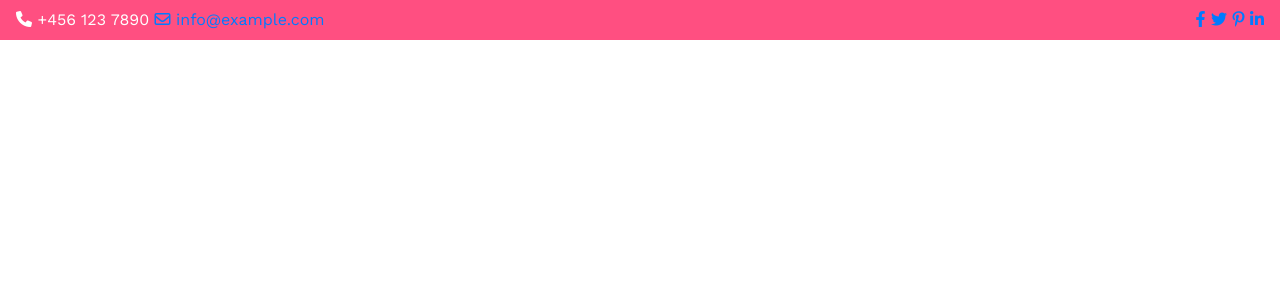
Repository: nguyenbinhminh/instruction_clone
Page: index.html
The author's editor kept a copy of each file at every save. The page is drawn from the files as they stood at one save, then again after the next save.
The browser window is 1280 px wide. The pictures show the whole page.

Above is the page before, as saved 2021-09-29 22:02:35.

### index.html
<!DOCTYPE html>
<html lang="en">
	<head>
		<meta charset="UTF-8" />
		<meta http-equiv="X-UA-Compatible" content="IE=edge" />
		<meta name="viewport" content="width=device-width, initial-scale=1.0" />
		<title>Instruction</title>

		<!-- FONT GOOGLE -->
		<link rel="preconnect" href="https://fonts.googleapis.com" />
		<link rel="preconnect" href="https://fonts.gstatic.com" crossorigin />
		<link
			href="https://fonts.googleapis.com/css2?family=Work+Sans:ital,wght@0,100;0,200;0,300;0,400;0,500;0,600;0,700;0,800;0,900;1,100;1,200;1,300;1,400;1,500;1,600;1,700;1,800;1,900&display=swap"
			rel="stylesheet"
		/>

		<!-- FONT AWESOME -->
		<link
			rel="stylesheet"
			href="https://cdnjs.cloudflare.com/ajax/libs/font-awesome/6.0.0-beta2/css/all.min.css"
			integrity="sha512-YWzhKL2whUzgiheMoBFwW8CKV4qpHQAEuvilg9FAn5VJUDwKZZxkJNuGM4XkWuk94WCrrwslk8yWNGmY1EduTA=="
			crossorigin="anonymous"
			referrerpolicy="no-referrer"
		/>

		<!-- BOOTTRAP -->
		<link rel="stylesheet" href="./css/bootstrap.min.css" />

		<!-- MAIN CSS -->
		<link rel="stylesheet" href="./css/index.css" />
	</head>
	<body>
		<!-- HEADER -->
		<header>
			<div class="header__top d-flex justify-content-between container-fluid">
				<div class="header__left">
					<a href="tel:+456 123 7890" class="text-white">
						<i class="fas fa-phone"></i>
						<span>+456 123 7890</span>
					</a>
					<a href="mailto:info@example.com">
						<i class="far fa-envelope"></i>
						<span>info@example.com</span>
					</a>
				</div>
				<div class="header__right">
					<a href="#">
						<i class="fab fa-facebook-f"></i>
					</a>
					<a href="#">
						<i class="fab fa-twitter"></i>
					</a>
					<a href="#">
						<i class="fab fa-pinterest-p"></i>
					</a>
					<a href="#">
						<i class="fab fa-linkedin-in"></i>
					</a>
				</div>
			</div>
		</header>
		<!-- CAROUSEL -->
		<section class="instruction-carousel"></section>
		<!-- WELCOM -->
		<section class="welcome"></section>
		<!-- OUR STATS -->
		<section class="stats"></section>
		<!-- OFFER -->
		<section class="offer"></section>
		<!-- Testimonials -->
		<section class="testimonials"></section>
		<!-- NEWS -->
		<section class="news"></section>
		<!-- FOOTER -->
		<footer></footer>

		<!-- jQuery -->
		<script src="./js/jquery-3.6.0.min.js"></script>
		<!-- BOOTSTRAP -->
		<script src="./js/bootstrap.bundle.min.js"></script>
	</body>
</html>

### css/index.css
html {
	box-sizing: border-box;
	font-size: 62.5%;
}
body {
	font-size: 1.6rem;
	font-family: "Work Sans", sans-serif;
	font-weight: normal;
}
/* HEADER */
.header__top {
	background-color: #ff4f81;
	padding: 0.8rem 1.6rem;
}

Loaded but not shown: css/bootstrap.min.css (library); js/jquery-3.6.0.min.js (library); js/bootstrap.bundle.min.js (library)

After the next save:
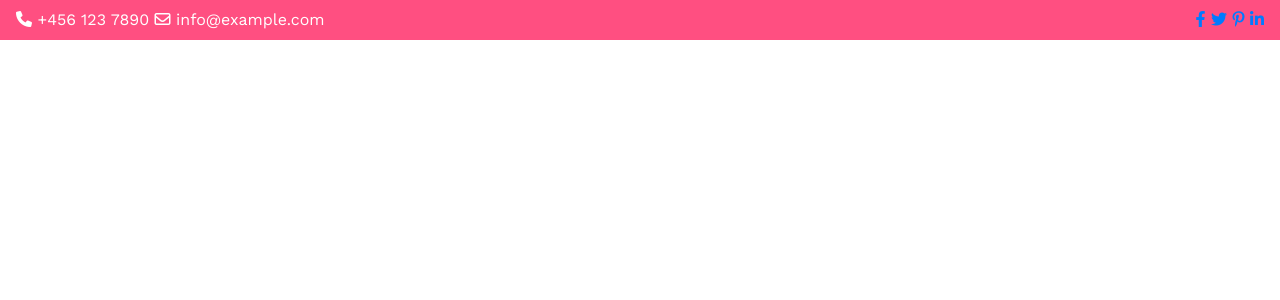
Saved 9 s later.
--- a/index.html
+++ b/index.html
@@ -38,7 +38,7 @@
 						<i class="fas fa-phone"></i>
 						<span>+456 123 7890</span>
 					</a>
-					<a href="mailto:info@example.com">
+					<a href="mailto:info@example.com" class="text-white">
 						<i class="far fa-envelope"></i>
 						<span>info@example.com</span>
 					</a>
